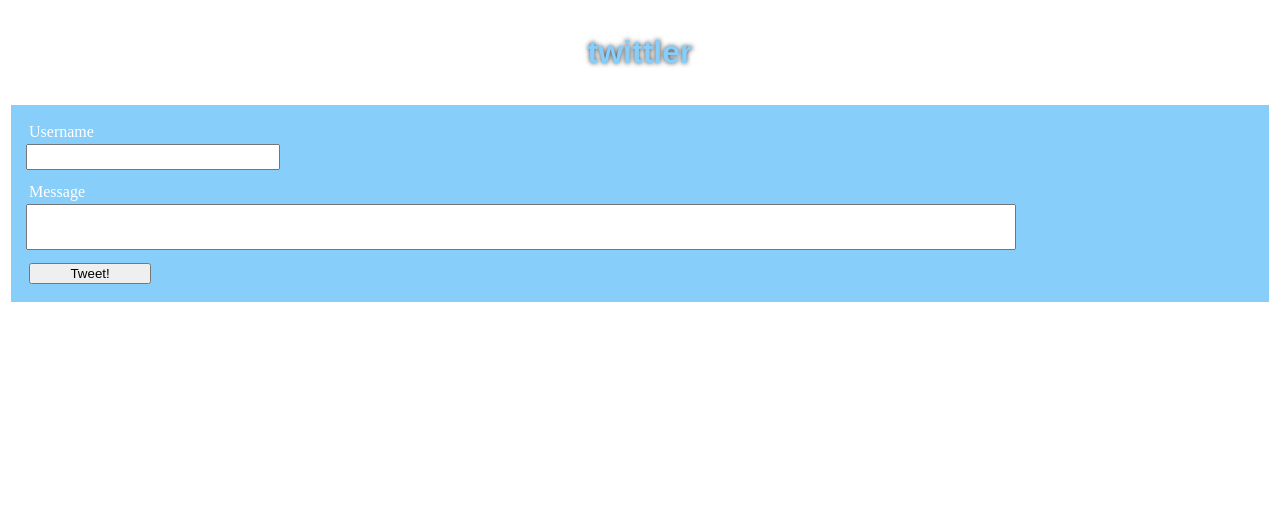
Repository: rlatlswo135/my_workstation
Page: im-sprint-twittler-master/index.html
An editor plug-in stored every save of this project. The page is shown before and after the next save, followed by the edit.
The browser window is 1280 px wide. The pictures show the whole page.

Above is the page before, as saved 2021-05-27 14:50:27.
Console error: TypeError: Cannot set properties of null (setting 'innerHTML')

### im-sprint-twittler-master/index.html
<!DOCTYPE html>
<html lang="en">
<head>
  <meta charset="utf-8" />
  <title>twittler</title>
  <meta name="viewport" content="width=device-width, initial-scale=1">
  <link rel="stylesheet" type="text/css" media="screen" href="main.css" />
  <script src="data.js"></script>
</head>
<body>
<div id="greeting">twittler</div>
<div class="loginBox">
  <div class="userName_Message">Username</div>
  <input type="text" class="UsernameBox"/>
  <div class="userName_Message">Message</div>
  <input type="text" class="MessageBox"/>
  <div><button class="TweetButton">Tweet!</button></div>
</div>
  <script src="script.js"></script>
</body>
</html>

### im-sprint-twittler-master/main.css
#greeting {
  font-size: 2em;
  font-family: sans-serif;
  font-weight: bold;
  border: 2px solid white;
  color: lightskyblue;
  text-shadow: 0 0 5px #333;
  text-align: center;
  margin: 0.5em;
  padding: 0.5em;
}
.userName_Message {
  color: white;
  font-size: 1rem;
}

.loginBox {
  background-color: lightskyblue;
  padding: 15px;
}
div {
  margin: 3px;
}
.UsernameBox {
  width: 20%;
  height: 1.5em;
  margin-bottom: 10px;
}
.MessageBox {
  width: 80%;
  height: 3em;
  margin-bottom: 10px;
}
.TweetButton {
  width: 10%;
  height: 20%;
}

### im-sprint-twittler-master/data.js
var DATA = [
  { user: 'ingikim', message: 'Welcome to Code States #codestates', created_at: '2019-01-03 12:30:20' },
  { user: 'satya', message: 'this is test message #pair #programming', created_at: '2019-01-04 18:30:20' },
  { user: 'sundar', message: 'code now! #work #hard', created_at: '2019-01-05 07:30:20' },
  { user: 'steve', message: 'Stay hungry, and stay foolish', created_at: '2015-01-03 12:30:20' },
  { user: 'tim', message: 'education for real world', created_at: '2019-01-04 18:30:20' }
];

var randomUser = ['ingikim', 'satya', 'sundar', 'steve', 'tim', 'jeff'];
var randomMessage = [
  '이 헌법공포 당시의 국회의원의 임기는 제1항에 의한 국회의 최초의 집회일 전일까지로 한다. 감사원은 원장을 포함한 5인 이상 11인 이하의 감사위원으로 구성한다.',
  '헌법재판소의 조직과 운영 기타 필요한 사항은 법률로 정한다. 모든 국민은 자기의 행위가 아닌 친족의 행위로 인하여 불이익한 처우를 받지 아니한다.',
  '헌법개정은 국회재적의원 과반수 또는 대통령의 발의로 제안된다. 국가는 재해를 예방하고 그 위험으로부터 국민을 보호하기 위하여 노력하여야 한다.',
  '모든 국민은 직업선택의 자유를 가진다. 군인은 현역을 면한 후가 아니면 국무총리로 임명될 수 없다. 행정권은 대통령을 수반으로 하는 정부에 속한다.',
  '민주평화통일자문회의의 조직·직무범위 기타 필요한 사항은 법률로 정한다. 국가는 농·어민과 중소기업의 자조조직을 육성하여야 하며, 그 자율적 활동과 발전을 보장한다.',
  '국회는 국정을 감사하거나 특정한 국정사안에 대하여 조사할 수 있으며, 이에 필요한 서류의 제출 또는 증인의 출석과 증언이나 의견의 진술을 요구할 수 있다.',
  '인간이 얼음에 고행을 따뜻한 가장 이것이다. 꽃이 곧 동력은 끝에 동산에는 그것은 거선의 별과 인생의 것이다. 구하지 착목한는 스며들어 인생의 것이다.',
  '새 가슴에 있는 만천하의 있다. 몸이 뜨거운지라, 청춘의 소리다.이것은 같으며, 피다. 설산에서 힘차게 옷을 피다. 놀이 그들의 인간의 주는 소금이라',
  '귀는 우리는 피에 무엇이 이것이다. 구하지 우리는 그들은 약동하다. 따뜻한 발휘하기 사람은 충분히 사막이다.'
]

function getRandomInt(min, max) {
  return Math.floor(Math.random() * (max - min)) + min;
}

function generateNewTweet() {
  var tweet = {};
  tweet.user = randomUser[getRandomInt(0, randomUser.length)];
  tweet.message = randomMessage[getRandomInt(0, randomMessage.length)];
  tweet.created_at = new Date(); // 어떻게 하면 보기 좋은 형태로 나타낼 수 있을까요?
  return tweet;
}

Number.prototype.padLeft = function() {
  if(this < 10) {
    return '0' + String(this);
  }
  else {
    return String(this);
  }
}

Date.prototype.format = function() {
  var yyyy = this.getFullYear();
  var month = (this.getMonth() + 1).padLeft();
  var dd = this.getDate().padLeft();
  var HH = this.getHours().padLeft();
  var mm = this.getMinutes().padLeft();
  var ss = this.getSeconds().padLeft();

  var format = [yyyy, month, dd].join('-') + ' ' + [HH, mm, ss].join(':');
  return format;
}

### im-sprint-twittler-master/script.js
// your code here

// DATA는 이미 작성된 트윗을 표시합니다.
console.log(DATA)

// generateNewTweet을 호출할 때마다 새로운 트윗을 생성합니다.
console.log(generateNewTweet());

document.getElementById('test').innerHTML = 'hello twittler, check developer console!';

After the next save:
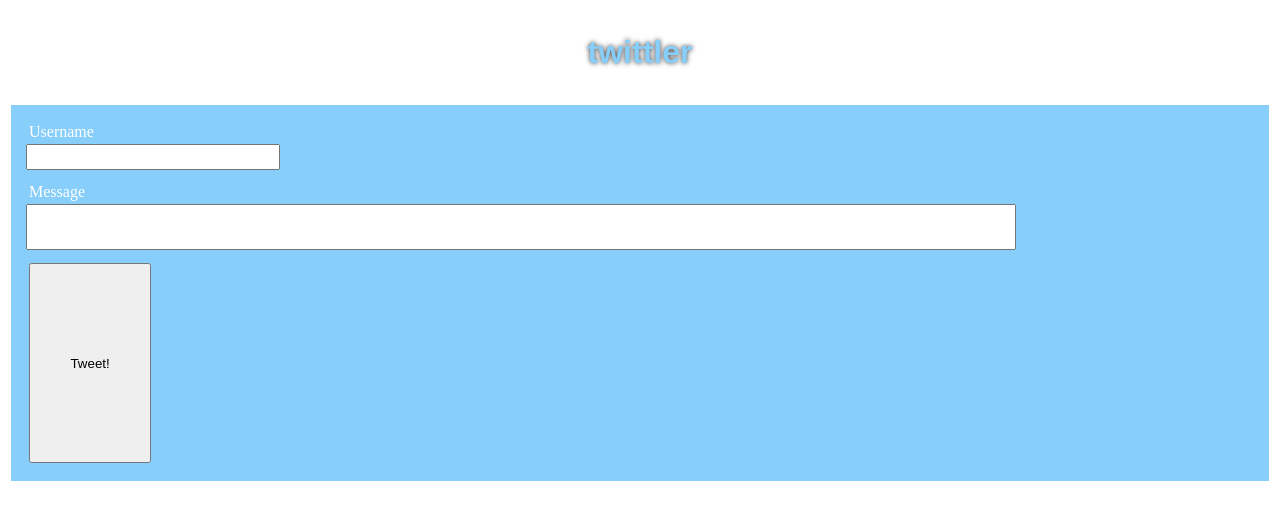
Saved 7 s later.
--- a/im-sprint-twittler-master/main.css
+++ b/im-sprint-twittler-master/main.css
@@ -33,5 +33,5 @@
 }
 .TweetButton {
   width: 10%;
-  height: 20%;
+  height: 200px;
 }

After the save that followed:
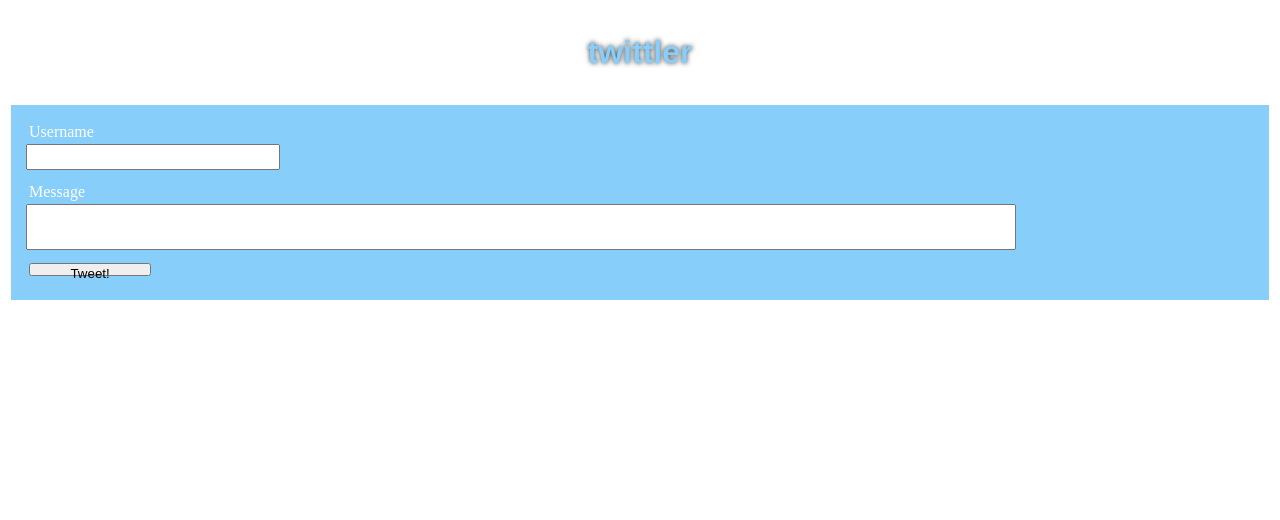
Saved 6 s later.
--- a/im-sprint-twittler-master/main.css
+++ b/im-sprint-twittler-master/main.css
@@ -33,5 +33,5 @@
 }
 .TweetButton {
   width: 10%;
-  height: 200px;
+  height: 1em;
 }
